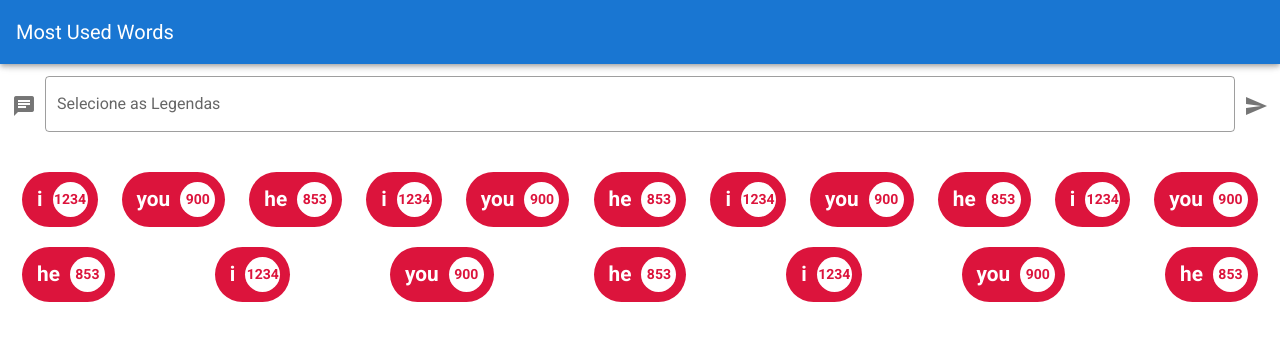
Repository: WillianPer/MOST-USED-WORDS
Page: /
The author's editor kept a copy of each file at every save. The page is drawn from the files as they stood at one save, then again after the next save.
The browser window is 1280 px wide. The pictures show the whole page.
The project was rebuilt for these pictures with package versions that can differ from the ones it lists, and the page was loaded fresh each time. Also part of the build but not shown: vue.config.js.

Above is the page before, as saved 2022-09-06 23:11:36.

After the next save:
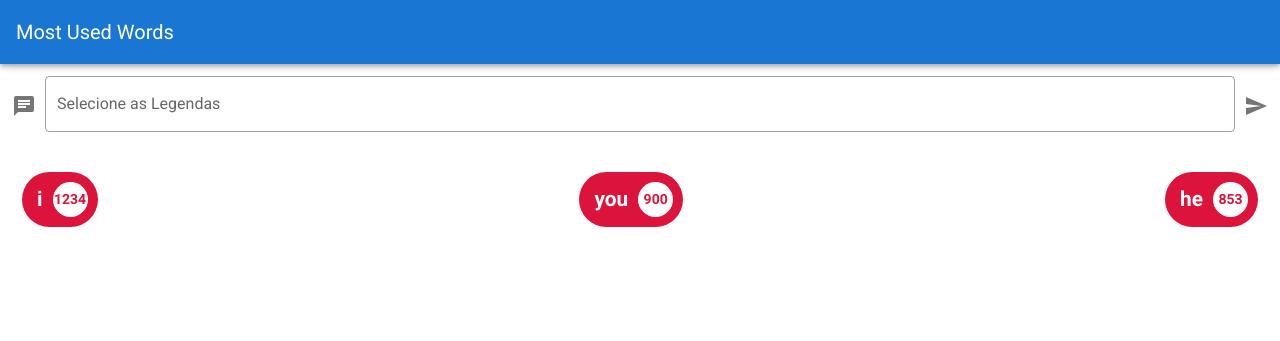
Saved 101 s later.
--- a/src/components/HomeVue.vue
+++ b/src/components/HomeVue.vue
@@ -11,7 +11,7 @@
                 chips
                 v-model="files"
                 @click:append-outer="processSubtitles" />
-                <!-- append-outer-icon="mdi-send" -->
+                <!-- append-icon="mdi-send" -->
         </v-form>
 
         <div class="pills">
@@ -29,21 +29,6 @@ export default {
         return {
             files: [],
             groupedWords: [
-                { name: "i", amount: 1234 },
-                { name: "you", amount: 900 },
-                { name: "he", amount: 853 },
-                { name: "i", amount: 1234 },
-                { name: "you", amount: 900 },
-                { name: "he", amount: 853 },
-                { name: "i", amount: 1234 },
-                { name: "you", amount: 900 },
-                { name: "he", amount: 853 },
-                { name: "i", amount: 1234 },
-                { name: "you", amount: 900 },
-                { name: "he", amount: 853 },
-                { name: "i", amount: 1234 },
-                { name: "you", amount: 900 },
-                { name: "he", amount: 853 },
                 { name: "i", amount: 1234 },
                 { name: "you", amount: 900 },
                 { name: "he", amount: 853 },
